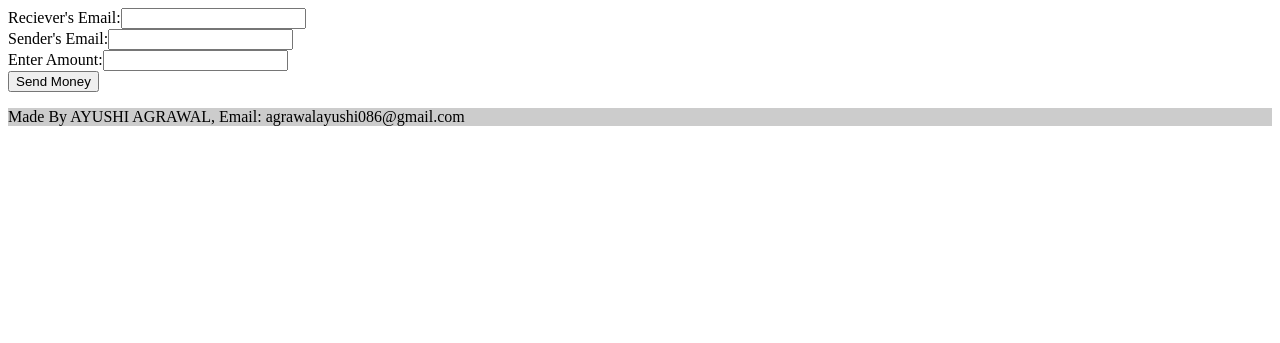
Repository: ayushiagrawal083/BasicBankingSystem
Page: Bank/WebContent/sendmoney.html
An editor plug-in stored every save of this project. The page is shown before and after the next save, followed by the edit.
The browser window is 1280 px wide. The pictures show the whole page.

Above is the page before, as saved 2022-10-21 10:40:07.

### Bank/WebContent/sendmoney.html
<form action="money.jsp" method="post">
Reciever's Email:<input type="email" name="email1" /><br />
Sender's Email:<input type="email" name="email" /><br />
Enter Amount:<input type="number" name="money" /><br />
<input type="submit" value="Send Money"/>

</form>
<footer class="bg-dark text-center text-white">

  <div class="container p-4 pb-0">




  <div class="text-center p-3" style="background-color: rgba(0, 0, 0, 0.2);"> Made By AYUSHI AGRAWAL,  Email: agrawalayushi086@gmail.com

  </div>

</footer>
<script src="https://code.jquery.com/jquery-3.3.1.slim.min.js" integrity="sha384-q8i/X+965DzO0rT7abK41JStQIAqVgRVzpbzo5smXKp4YfRvH+8abtTE1Pi6jizo" crossorigin="anonymous"></script>
<script src="https://cdnjs.cloudflare.com/ajax/libs/popper.js/1.14.7/umd/popper.min.js" integrity="sha384-UO2eT0CpHqdSJQ6hJty5KVphtPhzWj9WO1clHTMGa3JDZwrnQq4sF86dIHNDz0W1" crossorigin="anonymous"></script>
<script src="https://stackpath.bootstrapcdn.com/bootstrap/4.3.1/js/bootstrap.min.js" integrity="sha384-JjSmVgyd0p3pXB1rRibZUAYoIIy6OrQ6VrjIEaFf/nJGzIxFDsf4x0xIM+B07jRM" crossorigin="anonymous"></script>
</body>
</html>

After the next save:
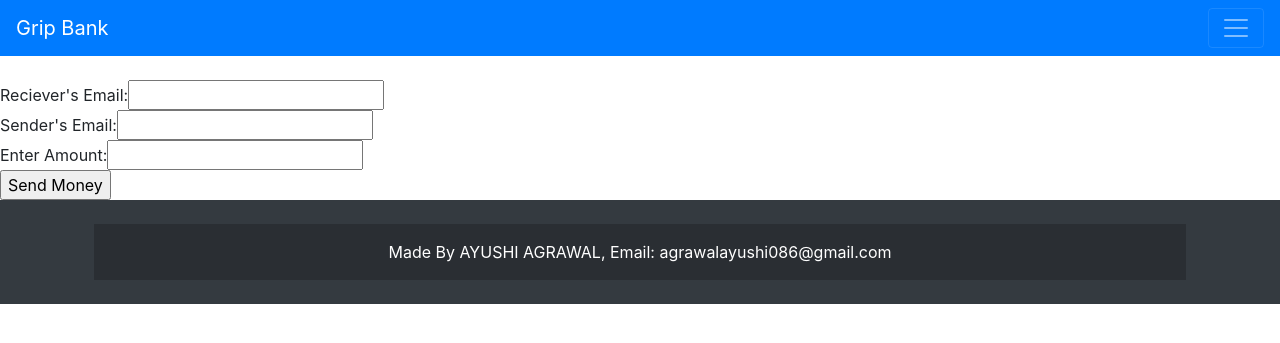
Console error: TypeError: Cannot read properties of undefined (reading 'fn')
Saved 29 s later.
--- a/Bank/WebContent/sendmoney.html
+++ b/Bank/WebContent/sendmoney.html
@@ -1,3 +1,40 @@
+<!DOCTYPE html>
+<html>
+<head>
+	<meta http-equiv="Content-type" content="text/html" charset="utf-8"/>
+	<link rel="stylesheet" href="https://stackpath.bootstrapcdn.com/bootstrap/4.3.1/css/bootstrap.min.css" integrity="sha384-ggOyR0iXCbMQv3Xipma34MD+dH/1fQ784/j6cY/iJTQUOhcWr7x9JvoRxT2MZw1T" crossorigin="anonymous">
+<script src="https://stackpath.bootstrapcdn.com/bootstrap/4.3.1/js/bootstrap.min.js" integrity="sha384-JjSmVgyd0p3pXB1rRibZUAYoIIy6OrQ6VrjIEaFf/nJGzIxFDsf4x0xIM+B07jRM" crossorigin="anonymous"></script>
+	<title>Welcome To Bank</title>
+</head>
+<body>
+
+<nav class="navbar navbar-dark bg-primary">
+  <a class="navbar-brand" href="index.html">Grip Bank</a>
+  <button class="navbar-toggler" type="button" data-toggle="collapse" data-target="#navbarSupportedContent" aria-controls="navbarSupportedContent" aria-expanded="false" aria-label="Toggle navigation">
+    <span class="navbar-toggler-icon"></span>
+  </button>
+
+  <div class="collapse navbar-collapse" id="navbarSupportedContent">
+    <ul class="navbar-nav mr-auto">
+      <li class="nav-item">
+        <a class="nav-link" href="index.html">Home</a>
+      </li>
+       <li class="nav-item">
+        <a class="nav-link" href="allUsers.jsp">View All Customers</a>
+      </li>
+       <li class="nav-item">
+        <a class="nav-link" href="transactiontable.jsp">Transaction History</a>
+      </li>
+      <li class="nav-item">
+        <a class="nav-link" href="sendmoney.html">Send Money</a>
+      </li>
+       <li class="nav-item">
+        <a class="nav-link" href="newuser.html">New User</a>
+      </li>
+
+  </div>
+</nav>
+<br />
 <form action="money.jsp" method="post">
 Reciever's Email:<input type="email" name="email1" /><br />
 Sender's Email:<input type="email" name="email" /><br />
